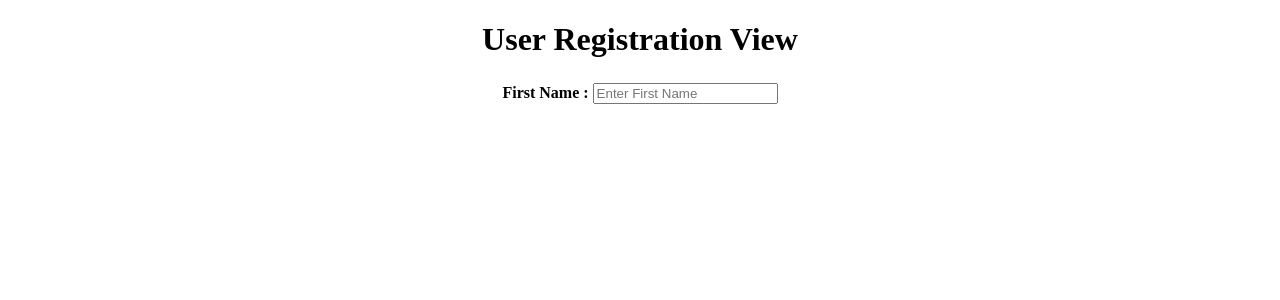
Repository: HimanshuJain1991/ProjectModuleUseCase
Page: http://localhost/Practice/UserRegistrationView.jsp
These files come from the project's save history. The page is drawn as it stood at one moment and after the next save; the edit follows.
The browser window is 1280 px wide. The pictures show the whole page.
The page is served by Tomcat 9.

Above is the page before, as saved 2024-02-27 10:52:55.

After the next save:
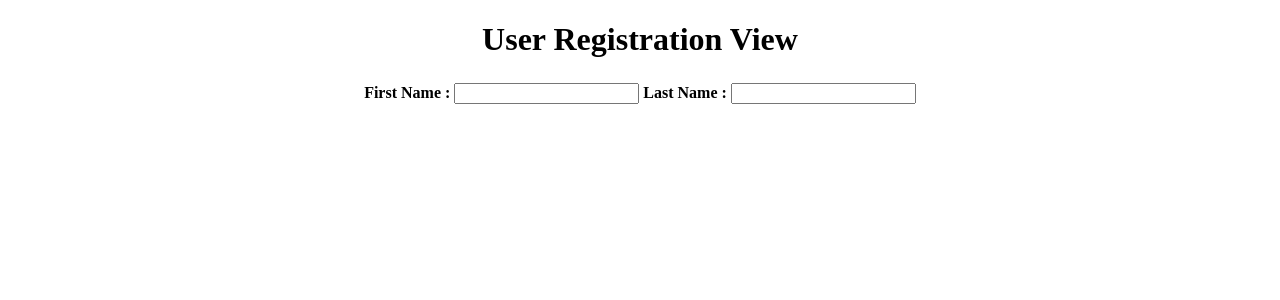
Saved 3 min 6 s later.
--- a/Practice/src/main/webapp/UserRegistrationView.jsp
+++ b/Practice/src/main/webapp/UserRegistrationView.jsp
@@ -13,7 +13,11 @@
 			<tr>
 				<th>First Name :</th>
 				<td><input type="text" name="firstName"
-					placeholder="Enter First Name" value=""></td>
+					 value=""></td>
+
+				<th>Last Name  :</th>
+				<td><input type="text" name="lastName"  value=""></td>
+
 
 					</tr>
 				</center>
